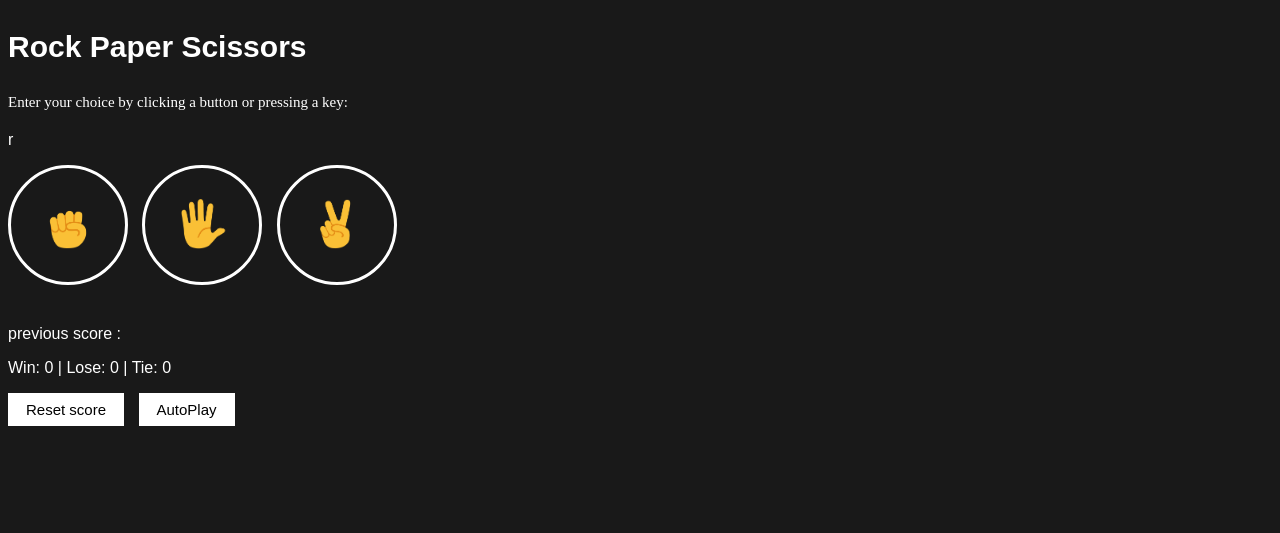
Repository: Gaurav124937/javascript
Page: html/08-rock-paper-scissors-evetlistner.html
These files come from the project's save history. The page is drawn as it stood at one moment and after a run of saves; the edit follows.
The browser window is 1280 px wide. The pictures show the whole page.

Above is the page before, as saved 2026-04-06 21:37:46.

After the next 3 saves:
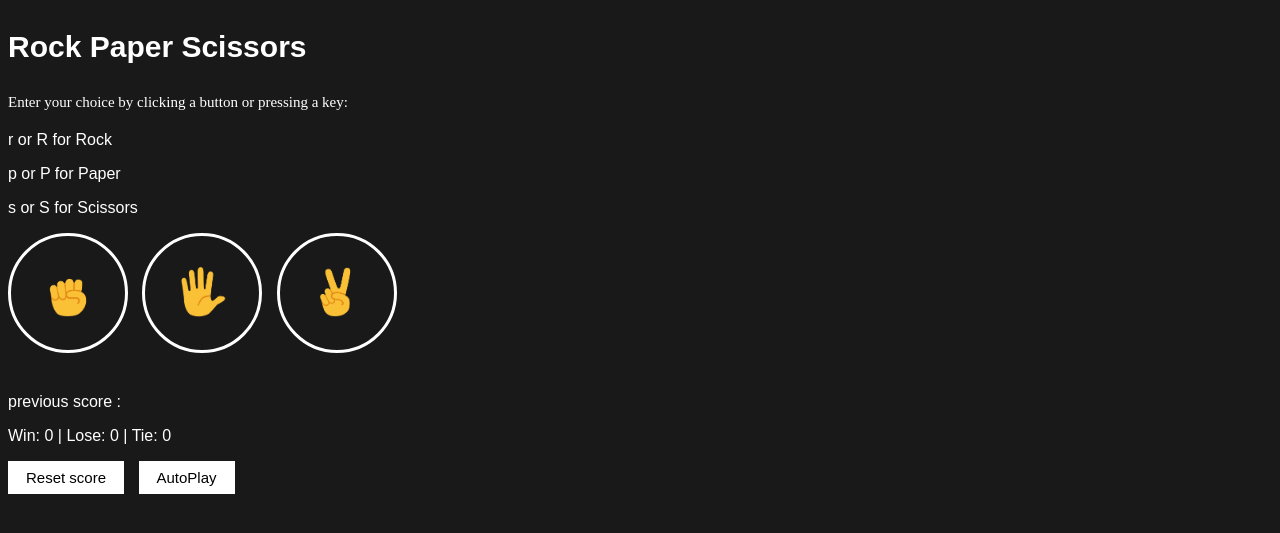
The 3 saves are shown as one change because they came seconds apart.
The last was saved 7 s later.
--- a/html/08-rock-paper-scissors-evetlistner.html
+++ b/html/08-rock-paper-scissors-evetlistner.html
@@ -13,7 +13,9 @@
 <body>
     <p class="title">Rock Paper Scissors</p>
     <p class="instructions">Enter your choice by clicking a button or pressing a key:</p>
-    <p>r</p>
+    <p>r or R for Rock</p>
+    <p>p or P for Paper</p>
+    <p>s or S for Scissors</p>
     <button  class="game-button rock-button">
         <img src="../images/rock-emoji.png" class="button-emoji"></button>
     <button  class="game-button paper-button">
